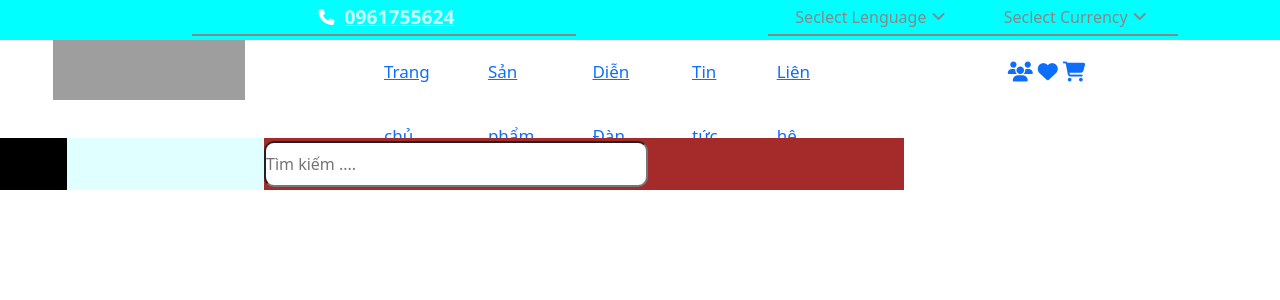
Repository: giacatdat2k5/Baitaplon
Page: da/d.html
These files come from the project's save history. The page is drawn as it stood at one moment and after the next save; the edit follows.
The browser window is 1280 px wide. The pictures show the whole page.
Pictures or frames that could not be fetched are drawn as grey boxes.

Above is the page before, as saved 2023-11-07 00:42:44.

After the next save:
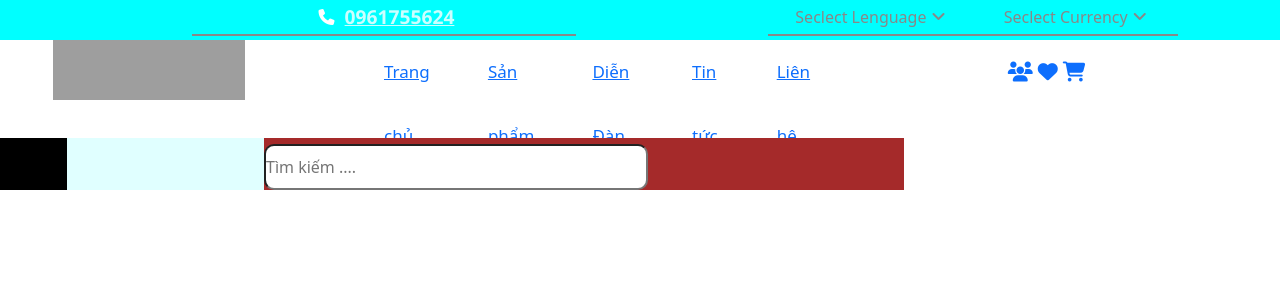
Saved 19 s later.
--- a/da/d.css
+++ b/da/d.css
@@ -155,7 +155,7 @@
     height: 100%;
     display: flex;
     justify-content: flex-end;
-    align-items: center;
+    align-items: flex-end;
 }
 .tk{
     width: 100%;

After the save that followed:
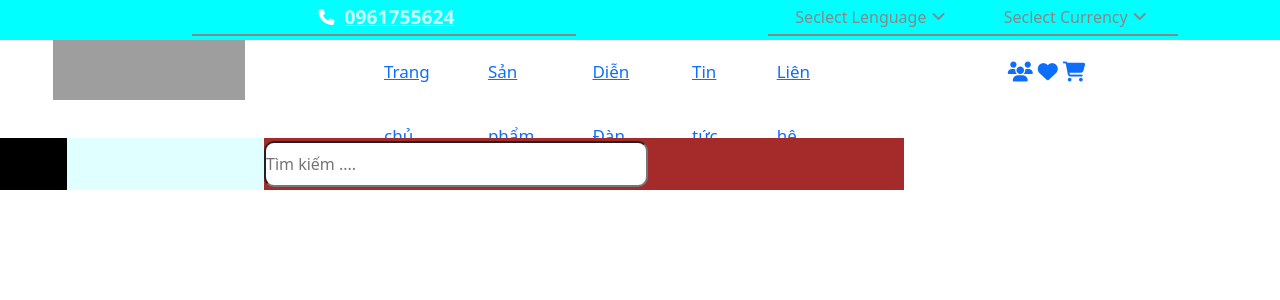
Saved 18 s later.
--- a/da/d.css
+++ b/da/d.css
@@ -154,8 +154,8 @@
     width: 60%;
     height: 100%;
     display: flex;
-    justify-content: flex-end;
-    align-items: flex-end;
+    justify-content: center;
+    align-items: center;
 }
 .tk{
     width: 100%;
